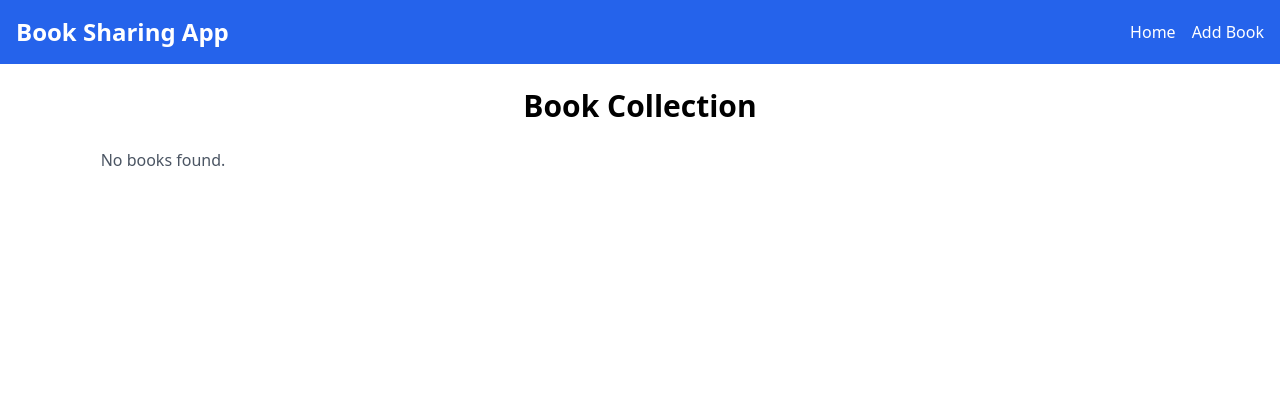
Repository: arjosephine/BookMate
Page: / (app in book-sharing-app/)
The author's editor kept a copy of each file at every save. The page is drawn from the files as they stood at one save, then again after the next save.
The browser window is 1280 px wide. The pictures show the whole page.
Pictures or frames that could not be fetched are drawn as grey boxes. The page's requests for data from a server got no answer. The project was rebuilt for these pictures with package versions that can differ from the ones it lists, and the page was loaded fresh each time. No one was signed in, and anything a server would have sent is missing. Also part of the build but not shown: book-sharing-app/src/components/BookCard.tsx, book-sharing-app/src/pages/AddBook.tsx.

Above is the page before, as saved 2024-10-15 21:20:55.

After the next save:
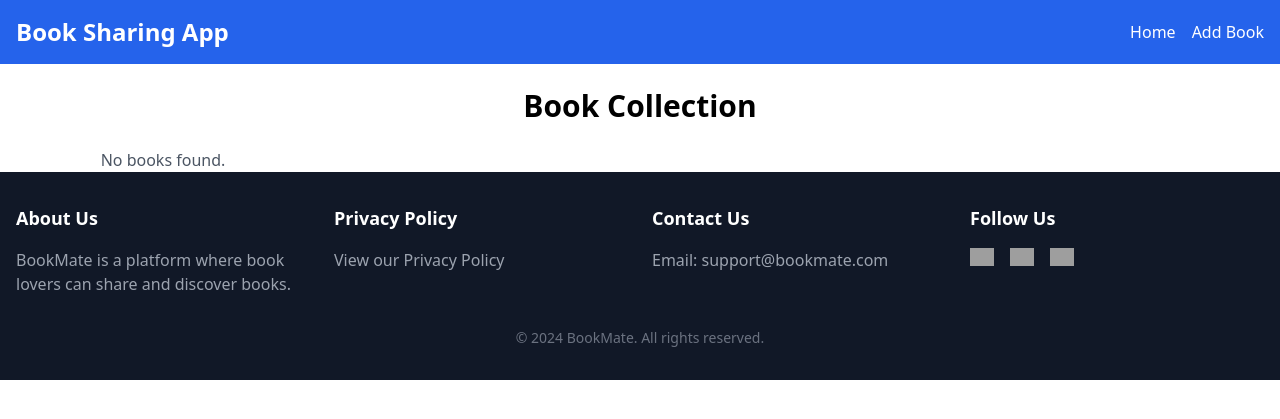
Saved 17 s later.
--- a/book-sharing-app/src/App.tsx
+++ b/book-sharing-app/src/App.tsx
@@ -1,8 +1,9 @@
 import React from 'react';
 import { BrowserRouter as Router, Routes, Route } from 'react-router-dom';
 import Home from './pages/Home';
-import Header from './components/Header'; // Import Header
 import AddBook from './pages/AddBook';
+import Header from './components/Header';
+import Footer from './components/Footer'; // Import Footer
 
 const App: React.FC = () => {
   return (
@@ -12,6 +13,7 @@ const App: React.FC = () => {
         <Route path="/" element={<Home />} />
         <Route path="/add-book" element={<AddBook />} />
       </Routes>
+      <Footer /> {/* Add Footer */}
     </Router>
   );
 };
